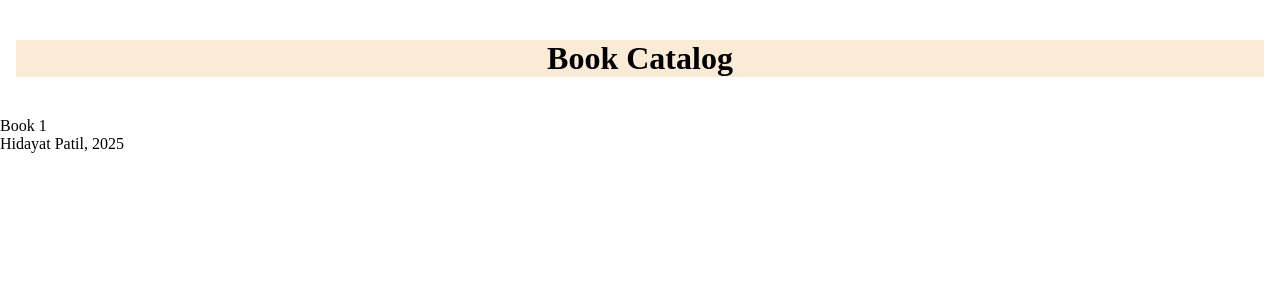
Repository: HidayatPatil/fwd-Week3-Assignment
Page: /
An editor plug-in stored every save of this project. The page is shown before and after the next save, followed by the edit.
The browser window is 1280 px wide. The pictures show the whole page.
The project was rebuilt for these pictures with package versions that can differ from the ones it lists, and the page was loaded fresh each time. Also part of the build but not shown: vite.config.js.

Above is the page before, as saved 2025-09-12 22:56:05.

### src/index.css
body {
    margin: 0;
}

.header {
    padding: 16px;
}

.header h1 {
    background-color: antiquewhite;
    text-align: center;
    margin: 24px 0;
}

### src/App.jsx
function App() {
  return (
    <div>
      <div className="header">
        <h1>Book Catalog</h1>
      </div>
      <div className="book_listing">Book 1</div>
      <div className="footer">Hidayat Patil, 2025</div>
    </div>
  );
}

export default App;

Loaded but not shown: index.html (common file); src/main.jsx (common file)

After the next save:
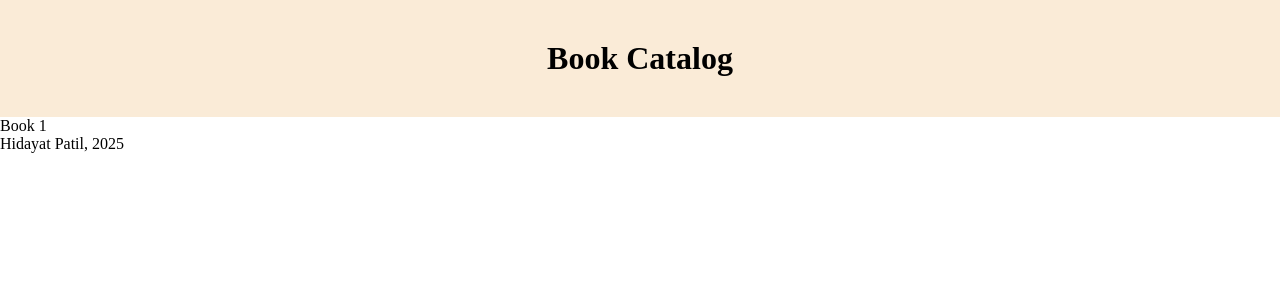
Saved 8 s later.
--- a/src/index.css
+++ b/src/index.css
@@ -3,11 +3,11 @@
 }
 
 .header {
+    background-color: antiquewhite;
     padding: 16px;
 }
 
 .header h1 {
-    background-color: antiquewhite;
     text-align: center;
     margin: 24px 0;
 }
